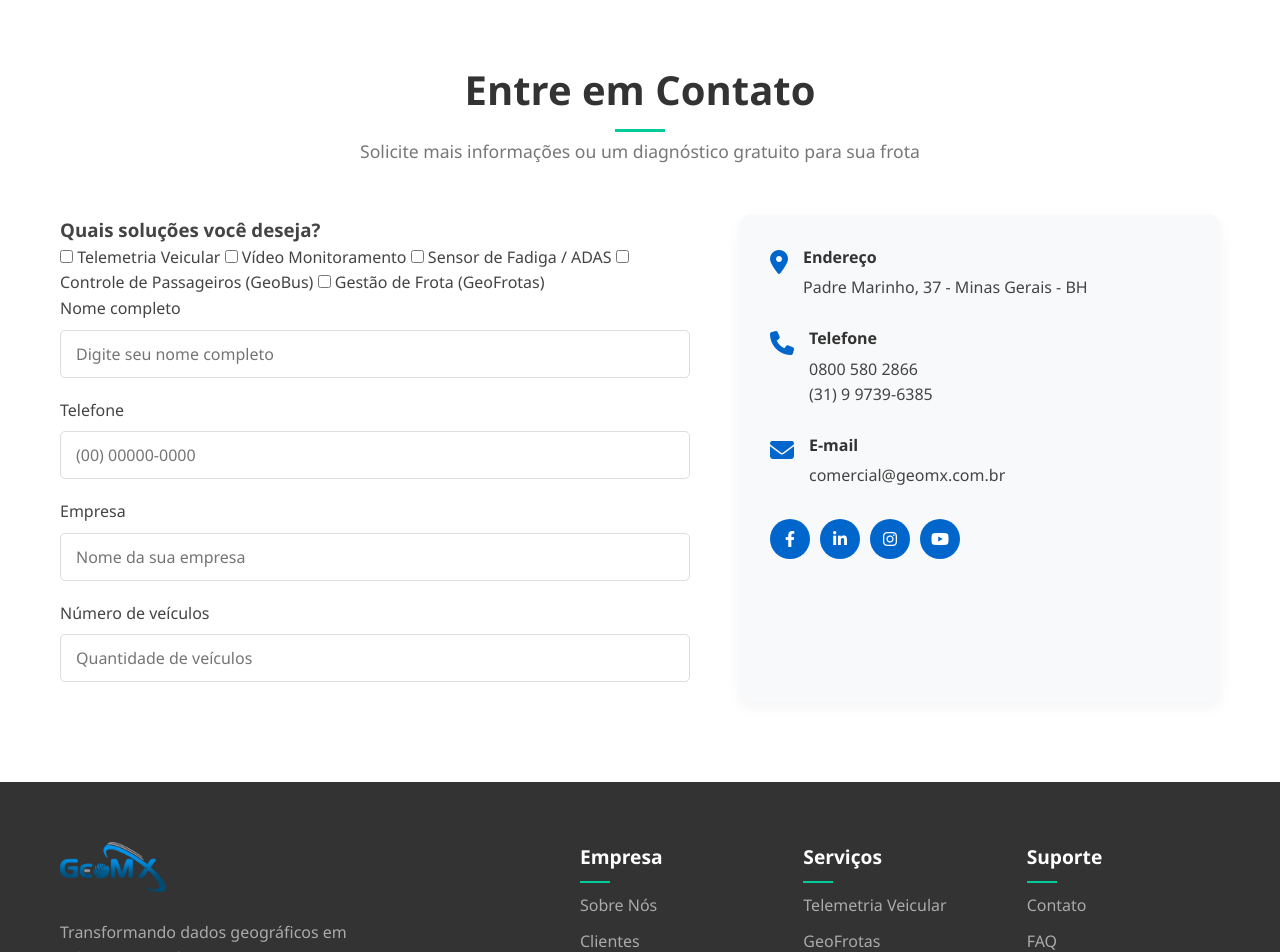
Repository: rocha1579/geomx
Page: camera-corporal.html
An editor plug-in stored every save of this project. The page is shown before and after the next save, followed by the edit.
The browser window is 1280 px wide. The pictures show the part of the page from y = 2452 to 3404 px (the page is 3591 px tall before and 3953 px after).
Backgrounds fixed to the window are drawn as part of the page.

Above is the page before, as saved 2025-05-05 16:43:12.
Console error: TypeError: Cannot read properties of null (reading 'style')

### camera-corporal.html
<!DOCTYPE html>
<html lang="pt-br">
<head>
    <meta charset="UTF-8">
    <meta name="viewport" content="width=device-width, initial-scale=1.0">
    <title>GeoFrotas - GeoMX</title>
    <link rel="stylesheet" href="styles-dark-mode.css">
    <link rel="icon" href="images/logo geomx.png" type="image/png">
    <script src="dark-mode.js" defer></script>
    <link rel="stylesheet" href="styles.css">
    <link rel="stylesheet" href="https://cdnjs.cloudflare.com/ajax/libs/font-awesome/6.4.0/css/all.min.css">
</head>
<body>
    <header>
        <div class="container">
            <div class="logo">
                <img src="images/logo geomx.png" alt="GeoMX Logo">
            </div>
            <nav>
                <div class="menu-toggle">
                    <i class="fas fa-bars"></i>
                </div>
                <ul class="menu">
                    <li><a href="index.html#inicio"><i class="fas fa-home fa-fw"></i></a></li>
                    <li><a href="index.html#sobre">Sobre</a></li>
                    <li><a href="index.html#servicos">Serviços</a></li>
                    <li><a href="index.html#solucoes">Soluções</a></li>
                    <li><a href="telemetria.html">Telemetria</a></li>
                    <li><a href="index.html#clientes"><i class="fas fa-users fa-fw"></i> Clientes</a></li>
                    <li><a href="https://sis.segminas.com.br/?Login" target="_blank" class="btn-acesso"><i class="fas fa-sign-in-alt fa-fw"></i> Acesso</a></li>
                    <li><a href="index.html#contato" class="btn-contato"><i class="fas fa-envelope fa-fw"></i> Contato</a></li>
                </ul>
            </nav>
        </div>
    </header>

    <section class="hero-telemetria">
        <div class="container">
            <h1>GeoFrotas</h1>
            <p class="lead">Inteligência em gestão de frotas para economia e performance operacional</p>
            <a href="#contato" class="btn-primary">Solicite uma Demonstração</a>
        </div>
    </section>

    <section class="telemetria-section">
        <div class="container">
            <div class="section-header">
                <h2>Gestão Inteligente de Frotas</h2>
                <p>Transforme dados em resultados concretos para sua operação</p>
            </div>

            <!-- Imagem estática substituindo o carrossel -->
            <div class="static-image-container">
                <img src="images/ChatGPT Image 3 de mai. de 2025, 17_46_17.png" alt="Painel de gestão de frotas GeoFrotas" class="feature-image">
                <div class="image-caption">

                </div>
            </div>

            <div class="section-header">
                <h2>Benefícios GeoFrotas</h2>
                <p>Solução completa para eficiência operacional, segurança e redução de custos</p>
            </div>

            <div class="telemetria-cards">
                <div class="telemetria-card">
                    <div class="telemetria-icon">
                        <i class="fas fa-tachometer-alt"></i>
                    </div>
                    <h3>Monitoramento de Condução</h3>
                    <p>Identifica acelerações bruscas, frenagens agressivas e uso inadequado</p>
                </div>

                <div class="telemetria-card">
                    <div class="telemetria-icon">
                        <i class="fas fa-gas-pump"></i>
                    </div>
                    <h3>Otimização de Combustível</h3>
                    <p>Redução de consumo e identificação de desperdícios</p>
                </div>

                <div class="telemetria-card">
                    <div class="telemetria-icon">
                        <i class="fas fa-tools"></i>
                    </div>
                    <h3>Manutenção Preventiva</h3>
                    <p>Alertas para manutenções antes que ocorram quebras</p>
                </div>

                <div class="telemetria-card">
                    <div class="telemetria-icon">
                        <i class="fas fa-chart-line"></i>
                    </div>
                    <h3>Relatórios de Performance</h3>
                    <p>Dados precisos para gestão econômica e sustentável</p>
                </div>

                <div class="telemetria-card">
                    <div class="telemetria-icon">
                        <i class="fas fa-user-graduate"></i>
                    </div>
                    <h3>Treinamento Direcionado</h3>
                    <p>Melhoria contínua do estilo de condução dos motoristas</p>
                </div>

                <div class="telemetria-card">
                    <div class="telemetria-icon">
                        <i class="fas fa-shield-alt"></i>
                    </div>
                    <h3>Redução de Riscos</h3>
                    <p>Minimização de acidentes e comportamentos perigosos</p>
                </div>
            </div>
        </div>
    </section>

    <section id="contato" class="contato">
        <div class="container">
            <div class="section-header">
                <h2>Entre em Contato</h2>
                <p>Solicite mais informações ou um diagnóstico gratuito para sua frota</p>
            </div>
            <div class="contato-content">
                <div class="contato-form">
                    <form action="https://formsubmit.co/gabrielalvessr@gmail.com" method="POST">
                        <!-- Configurações ocultas -->
                        <input type="hidden" name="_captcha" value="false">
                        <input type="hidden" name="_next" value="https://geomx.com.br/obrigado.html">
                        <input type="hidden" name="_template" value="table">
                        <input type="hidden" name="_subject" value="Solicitação de Cotação - Site GeoMX">

                        <!-- Programas de Interesse -->
                        <div class="form-container">
                            <h3>Quais soluções você deseja?</h3>
                            <div class="checkbox-group">
                                <label class="checkbox-container">
                                    <input type="checkbox" name="solucoes" value="Telemetria Veicular">
                                    <span class="checkmark"></span>
                                    Telemetria Veicular
                                </label>
                                <label class="checkbox-container">
                                    <input type="checkbox" name="solucoes" value="Vídeo Monitoramento">
                                    <span class="checkmark"></span>
                                    Vídeo Monitoramento
                                </label>
                                <label class="checkbox-container">
                                    <input type="checkbox" name="solucoes" value="Sensor de Fadiga / ADAS">
                                    <span class="checkmark"></span>
                                    Sensor de Fadiga / ADAS
                                </label>
                                <label class="checkbox-container">
                                    <input type="checkbox" name="solucoes" value="Controle de Passageiros (GeoBus)">
                                    <span class="checkmark"></span>
                                    Controle de Passageiros (GeoBus)
                                </label>
                                <label class="checkbox-container">
                                    <input type="checkbox" name="solucoes" value="Gestão de Frota (GeoFrotas)">
                                    <span class="checkmark"></span>
                                    Gestão de Frota (GeoFrotas)
                                </label>
                            </div>

                            <div class="form-fields">
                                <div class="form-group">
                                    <label for="nome">Nome completo</label>
                                    <input type="text" id="nome" name="nome" required placeholder="Digite seu nome completo">
                                </div>

                                <div class="form-group">
                                    <label for="telefone">Telefone</label>
                                    <input type="tel" id="telefone" name="telefone" required placeholder="(00) 00000-0000">
                                </div>

                                <div class="form-group">
                                    <label for="empresa">Empresa</label>
                                    <input type="text" id="empresa" name="empresa" placeholder="Nome da sua empresa">
                                </div>

                                <div class="form-group">
                                    <label for="veiculos">Número de veículos</label>
                                    <input type="number" id="veiculos" name="veiculos" placeholder="Quantidade de veículos">
                                </div>
                            </div>
                        </div>
                </div>
                <div class="contato-info">
                    <div class="info-item">
                        <i class="fas fa-map-marker-alt"></i>
                        <div>
                            <h4>Endereço</h4>
                            <p>Padre Marinho, 37 - Minas Gerais - BH</p>
                        </div>
                    </div>
                    <div class="info-item">
                        <i class="fas fa-phone"></i>
                        <div>
                            <h4>Telefone</h4>
                            <p>0800 580 2866<br>(31) 9 9739-6385</p>
                        </div>
                    </div>
                    <div class="info-item">
                        <i class="fas fa-envelope"></i>
                        <div>
                            <h4>E-mail</h4>
                            <p>comercial@geomx.com.br</p>
                        </div>
                    </div>
                    <div class="social-media">
                        <a href="https://www.facebook.com/geomxbrasil" class="social-icon" target="_blank"><i class="fab fa-facebook-f"></i></a>
                        <a href="https://www.linkedin.com/company/geomx" class="social-icon" target="_blank"><i class="fab fa-linkedin-in"></i></a>
                        <a href="https://www.instagram.com/geomx_brasil/" class="social-icon" target="_blank"><i class="fab fa-instagram"></i></a>
                        <a href="https://www.youtube.com/channel/UC2VQmLmBy8NQ2N8LnCI59Cg" class="social-icon" target="_blank"><i class="fab fa-youtube"></i></a>
                    </div>
                </div>
            </div>
        </div>
    </section>

    <footer>
        <div class="container">
            <div class="footer-content">
                <div class="footer-logo">
                    <img src="images/logo geomx.png" alt="GeoMX Logo">
                    <p>Transformando dados geográficos em soluções estratégicas</p>
                </div>
                <div class="footer-links">
                    <div class="footer-column">
                        <h4>Empresa</h4>
                        <ul>
                            <li><a href="index.html#sobre">Sobre Nós</a></li>
                            <li><a href="index.html#clientes">Clientes</a></li>
                            <li><a href="#">Carreiras</a></li>
                            <li><a href="#">Blog</a></li>
                        </ul>
                    </div>
                    <div class="footer-column">
                        <h4>Serviços</h4>
                        <ul>
                            <li><a href="telemetria.html">Telemetria Veicular</a></li>
                            <li><a href="geofrotas.html">GeoFrotas</a></li>
                            <li><a href="sensor-fadiga.html">Sensor de Fadiga</a></li>
                            <li><a href="geobus.html">GeoBus</a></li>
                        </ul>
                    </div>
                    <div class="footer-column">
                        <h4>Suporte</h4>
                        <ul>
                            <li><a href="index.html#contato">Contato</a></li>
                            <li><a href="#">FAQ</a></li>
                            <li><a href="#">Documentação</a></li>
                            <li><a href="#">Política de Privacidade</a></li>
                        </ul>
                    </div>
                </div>
            </div>

            <div class="footer-bottom">
                <p>&copy; 2023 GeoMX. Todos os direitos reservados.</p>
            </div>
        </div>
    </footer>

    <a href="https://wa.me/31997396385" class="whatsapp-button" target="_blank">
        <i class="fab fa-whatsapp"></i>
    </a>

    <script src="script.js"></script>
</body>
</html>

Loaded but not shown: script.js (209 lines, source omitted); styles.css (1999 lines, source omitted); styles-dark-mode.css (no stored copy; drawn as an empty file); dark-mode.js (no stored copy; drawn as an empty file)

After the next save:
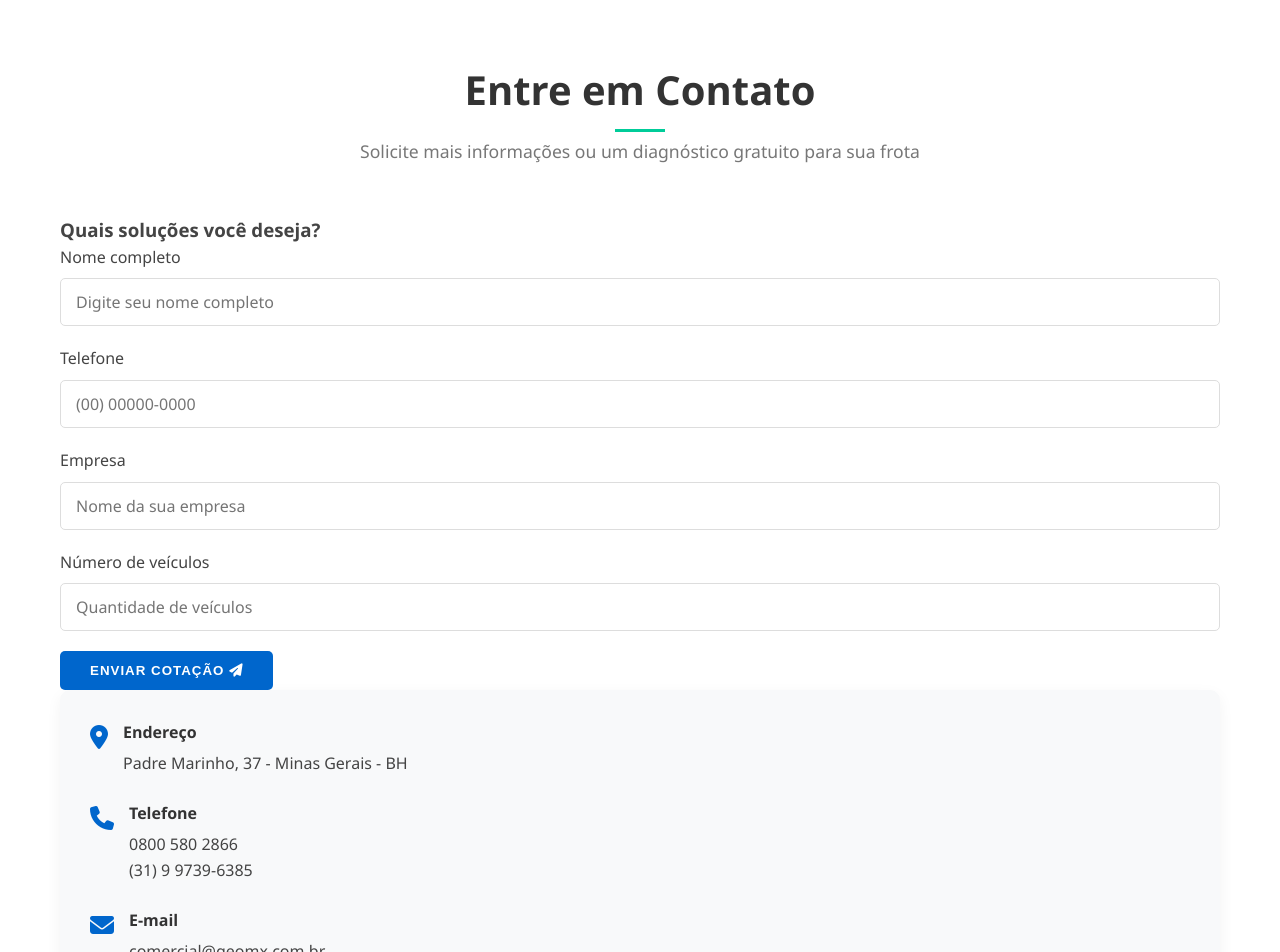
Saved 35 s later.
--- a/camera-corporal.html
+++ b/camera-corporal.html
@@ -120,69 +120,49 @@
                 <h2>Entre em Contato</h2>
                 <p>Solicite mais informações ou um diagnóstico gratuito para sua frota</p>
             </div>
-            <div class="contato-content">
-                <div class="contato-form">
-                    <form action="https://formsubmit.co/gabrielalvessr@gmail.com" method="POST">
-                        <!-- Configurações ocultas -->
-                        <input type="hidden" name="_captcha" value="false">
-                        <input type="hidden" name="_next" value="https://geomx.com.br/obrigado.html">
-                        <input type="hidden" name="_template" value="table">
-                        <input type="hidden" name="_subject" value="Solicitação de Cotação - Site GeoMX">
-
-                        <!-- Programas de Interesse -->
-                        <div class="form-container">
-                            <h3>Quais soluções você deseja?</h3>
-                            <div class="checkbox-group">
-                                <label class="checkbox-container">
-                                    <input type="checkbox" name="solucoes" value="Telemetria Veicular">
-                                    <span class="checkmark"></span>
-                                    Telemetria Veicular
-                                </label>
-                                <label class="checkbox-container">
-                                    <input type="checkbox" name="solucoes" value="Vídeo Monitoramento">
-                                    <span class="checkmark"></span>
-                                    Vídeo Monitoramento
-                                </label>
-                                <label class="checkbox-container">
-                                    <input type="checkbox" name="solucoes" value="Sensor de Fadiga / ADAS">
-                                    <span class="checkmark"></span>
-                                    Sensor de Fadiga / ADAS
-                                </label>
-                                <label class="checkbox-container">
-                                    <input type="checkbox" name="solucoes" value="Controle de Passageiros (GeoBus)">
-                                    <span class="checkmark"></span>
-                                    Controle de Passageiros (GeoBus)
-                                </label>
-                                <label class="checkbox-container">
-                                    <input type="checkbox" name="solucoes" value="Gestão de Frota (GeoFrotas)">
-                                    <span class="checkmark"></span>
-                                    Gestão de Frota (GeoFrotas)
-                                </label>
-                            </div>
-
-                            <div class="form-fields">
-                                <div class="form-group">
-                                    <label for="nome">Nome completo</label>
-                                    <input type="text" id="nome" name="nome" required placeholder="Digite seu nome completo">
-                                </div>
-
-                                <div class="form-group">
-                                    <label for="telefone">Telefone</label>
-                                    <input type="tel" id="telefone" name="telefone" required placeholder="(00) 00000-0000">
-                                </div>
-
-                                <div class="form-group">
-                                    <label for="empresa">Empresa</label>
-                                    <input type="text" id="empresa" name="empresa" placeholder="Nome da sua empresa">
-                                </div>
-
-                                <div class="form-group">
-                                    <label for="veiculos">Número de veículos</label>
-                                    <input type="number" id="veiculos" name="veiculos" placeholder="Quantidade de veículos">
-                                </div>
-                            </div>
-                        </div>
-                </div>
+            <form action="https://formsubmit.co/comercial1@geomx.com.br" method="POST">
+                <!-- Configurações ocultas -->
+                <input type="hidden" name="_captcha" value="false">
+                <input type="hidden" name="_next" value="https://geomx.com.br/obrigado.html">
+                <input type="hidden" name="_template" value="table">
+                <input type="hidden" name="_subject" value="Solicitação de Cotação - Site GeoMX">
+
+                <!-- Programas de Interesse -->
+                <div class="form-container">
+                    <h3>Quais soluções você deseja?</h3>
+                    <div class="form-fields">
+                        <div class="form-group">
+                            <label for="nome">Nome completo</label>
+                            <input type="text" id="nome" name="nome" required placeholder="Digite seu nome completo">
+                        </div>
+
+                        <div class="form-group">
+                            <label for="telefone">Telefone</label>
+                            <input type="tel" id="telefone" name="telefone" required placeholder="(00) 00000-0000">
+                        </div>
+
+                        <div class="form-group">
+                            <label for="empresa">Empresa</label>
+                            <input type="text" id="empresa" name="empresa" placeholder="Nome da sua empresa">
+                        </div>
+
+                        <div class="form-group">
+                            <label for="veiculos">Número de veículos</label>
+                            <input type="number" id="veiculos" name="veiculos" placeholder="Quantidade de veículos">
+                        </div>
+                    </div>
+                </div>
+
+
+
+
+
+                <!-- Botão -->
+                <button type="submit" class="btn-primary">
+                    <span>Enviar Cotação</span>
+                    <i class="fas fa-paper-plane"></i>
+                </button>
+            </form>
                 <div class="contato-info">
                     <div class="info-item">
                         <i class="fas fa-map-marker-alt"></i>
